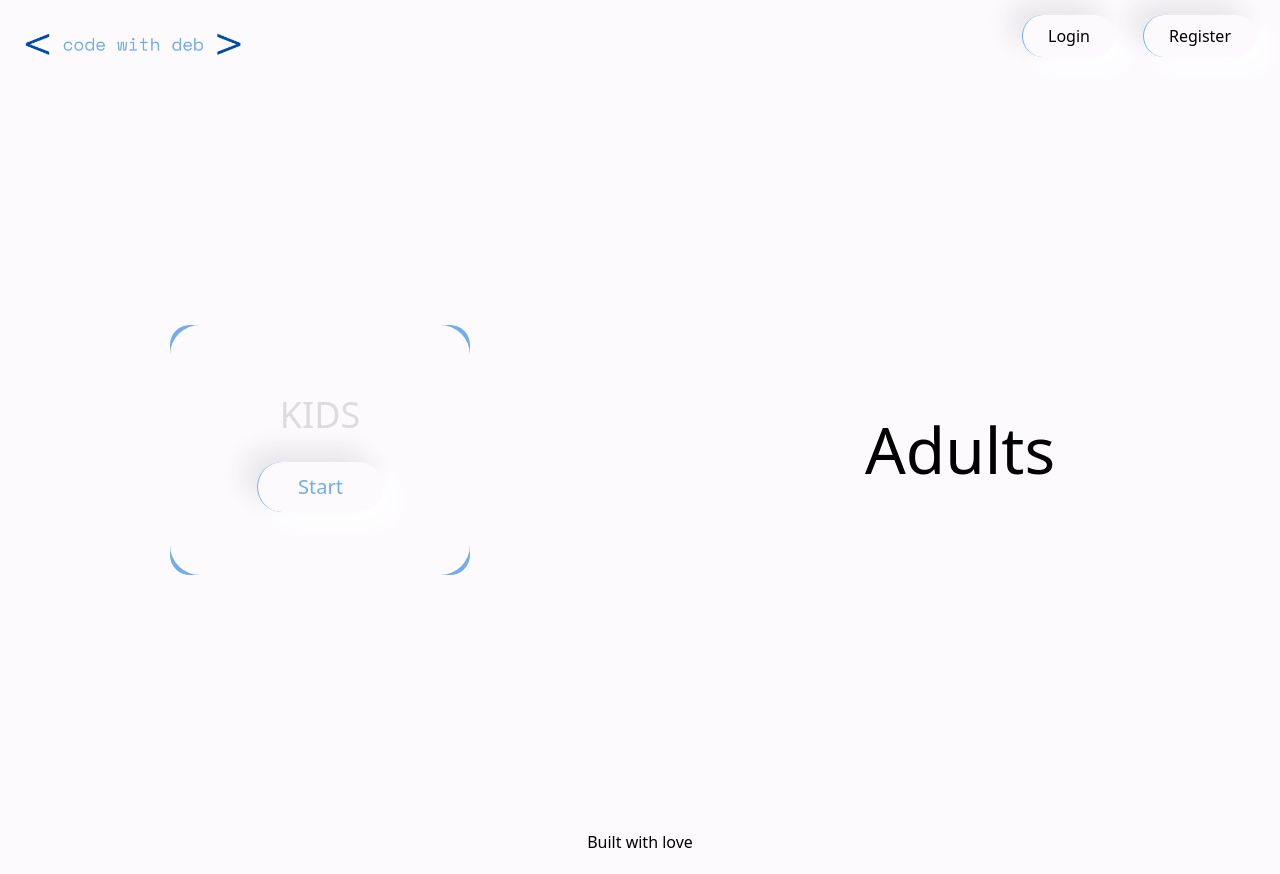
Repository: latenightsnacc/codewithdeb
Page: index.html
These files come from the project's save history. The page is drawn as it stood at one moment and after a run of saves; the edit follows.
The browser window is 1280 px wide. The pictures show the whole page.
The style sheet was rebuilt from its Sass, Less or Tailwind sources for each picture, by a compiler version that may differ from the author's.

Above is the page before, as saved 2020-11-25 17:19:15.

After the next 3 saves:
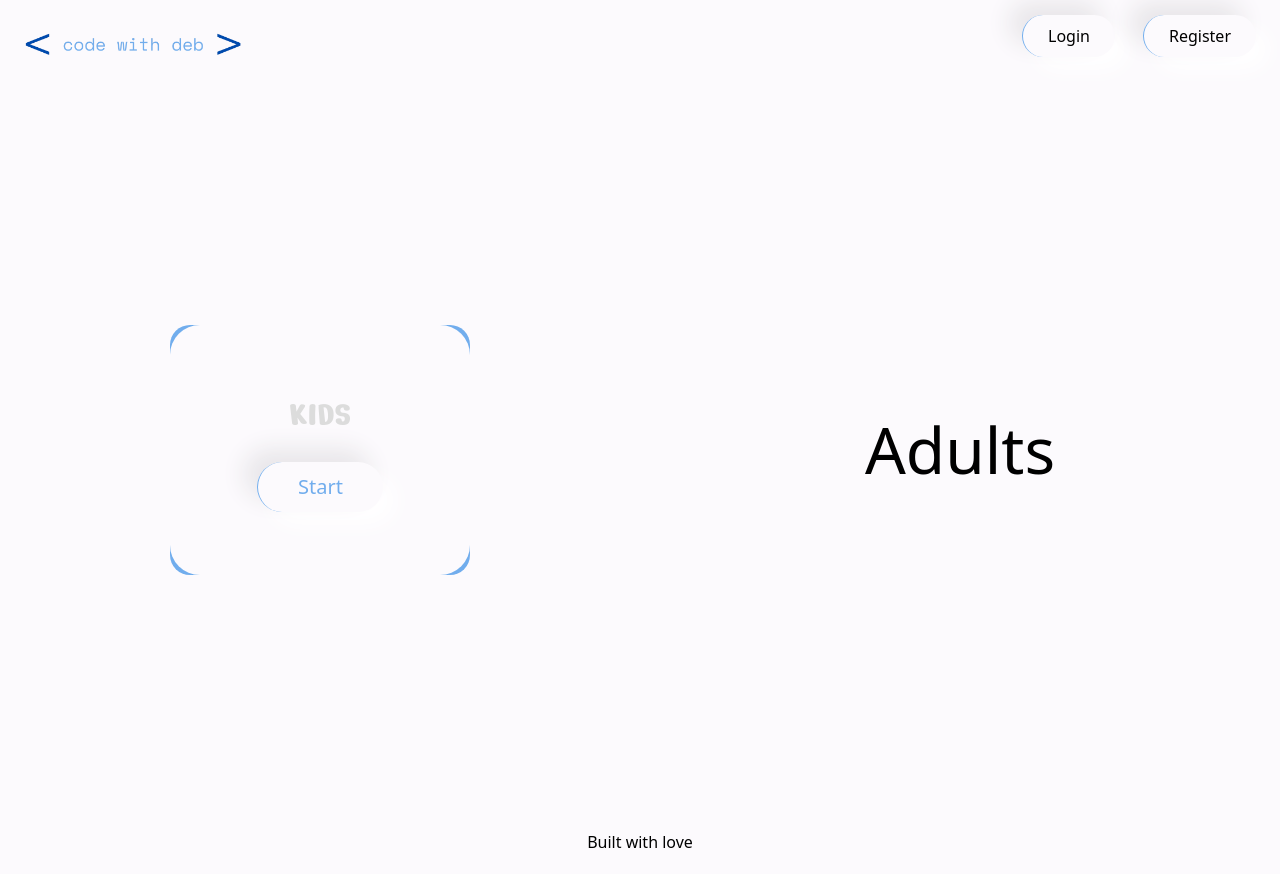
The 3 saves are shown as one change because 2 did not build or start.
The last was saved 2 min 5 s later.
--- a/styling/stylesheet.scss
+++ b/styling/stylesheet.scss
@@ -52,6 +52,7 @@
         color: gainsboro;
         text-transform: uppercase;
         margin-bottom: 20px;
+        font-family: $fontKids;
     }
 }
 .btn {
--- a/styling/_variables.scss
+++ b/styling/_variables.scss
@@ -1,3 +1,5 @@
+@import url('https://fonts.googleapis.com/css2?family=Nerko+One&display=swap');
+$fontKids: 'Nerko One', cursive;
 $light: #fcfafd;
 $dark: #000000;
 $bsIn: -13px -13px 25px #e8e6e9,
